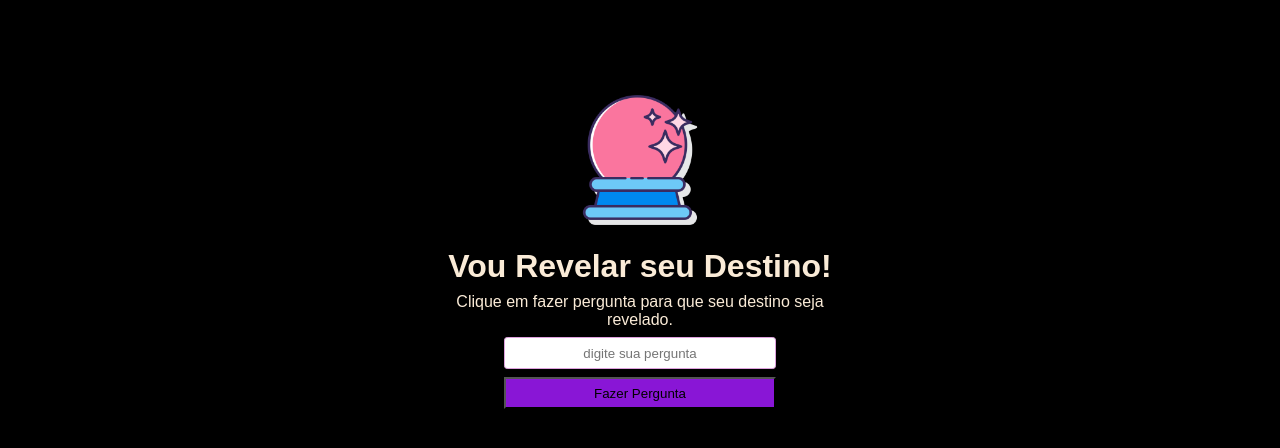
Repository: guilhermecardoso93/nlwexplorer
Page: index.html
The author's editor kept a copy of each file at every save. The page is drawn from the files as they stood at one save, then again after the next save.
The browser window is 1280 px wide. The pictures show the whole page.

Above is the page before, as saved 2022-06-08 23:45:55.

After the next save:
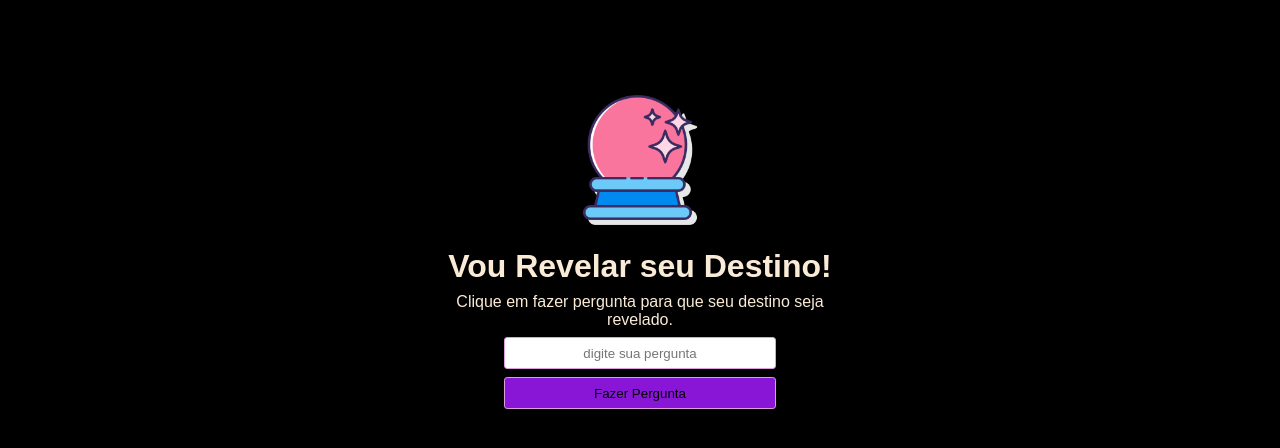
Saved 10 s later.
--- a/styles.css
+++ b/styles.css
@@ -44,4 +44,6 @@
   height: 2rem;
   text-align: center;
   background-color: rgb(137, 22, 214);
+  border: 1px solid plum;
+  border-radius: 0.2rem;
 }

After the save that followed:
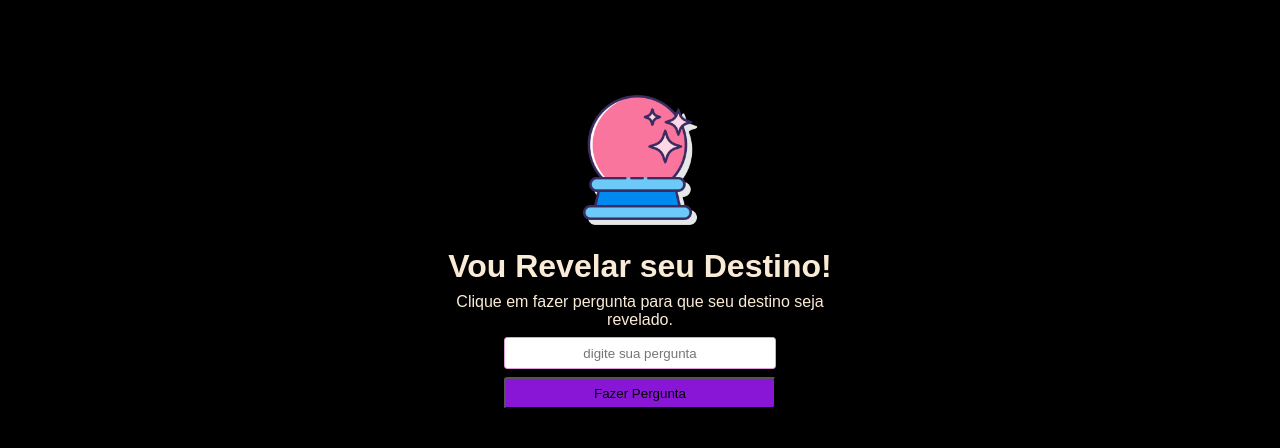
Saved 10 s later.
--- a/styles.css
+++ b/styles.css
@@ -44,6 +44,5 @@
   height: 2rem;
   text-align: center;
   background-color: rgb(137, 22, 214);
-  border: 1px solid plum;
   border-radius: 0.2rem;
 }
